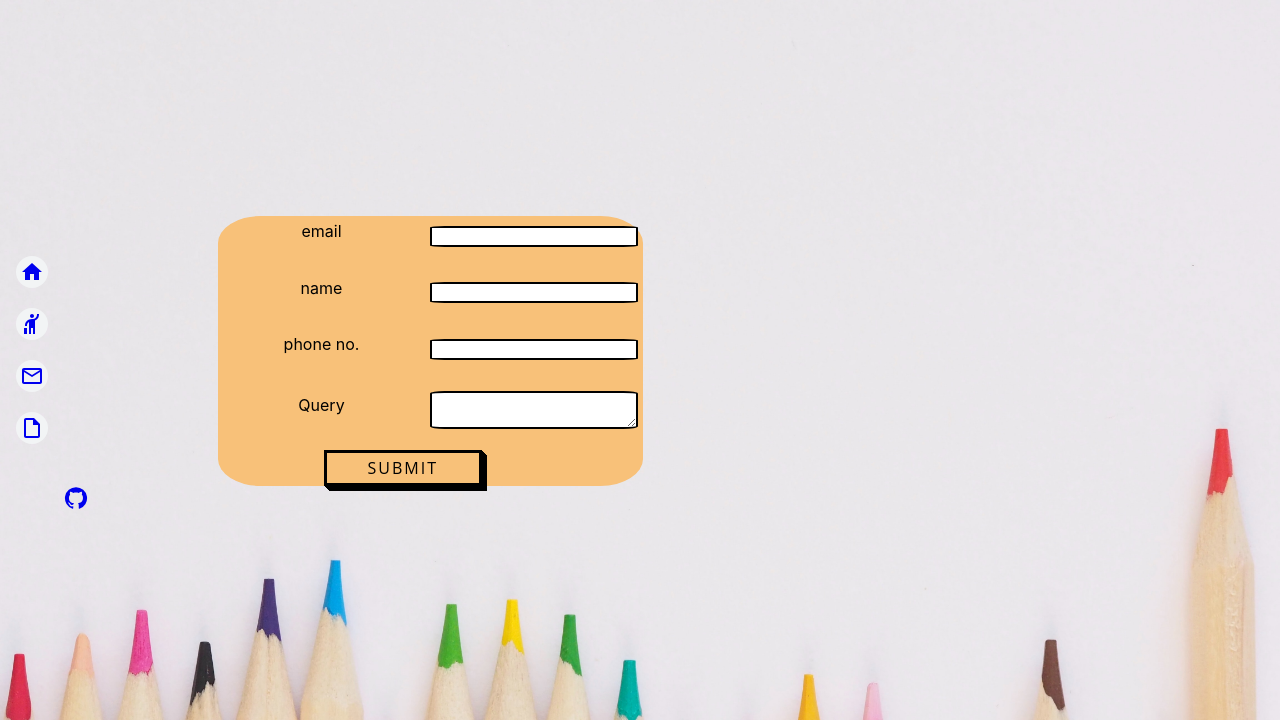
Repository: ujjawalmittal55/portfolio1
Page: /contact
The author's editor kept a copy of each file at every save. The page is drawn from the files as they stood at one save, then again after the next save.
The browser window is 1280 px wide. The pictures show the whole page.
The project was rebuilt for these pictures with package versions that can differ from the ones it lists, and the page was loaded fresh each time. Also part of the build but not shown: src/display.css, src/Display.tsx, src/about.css, src/About.jsx, src/Document.jsx.

Above is the page before, as saved 2022-05-07 11:00:01.

After the next save:
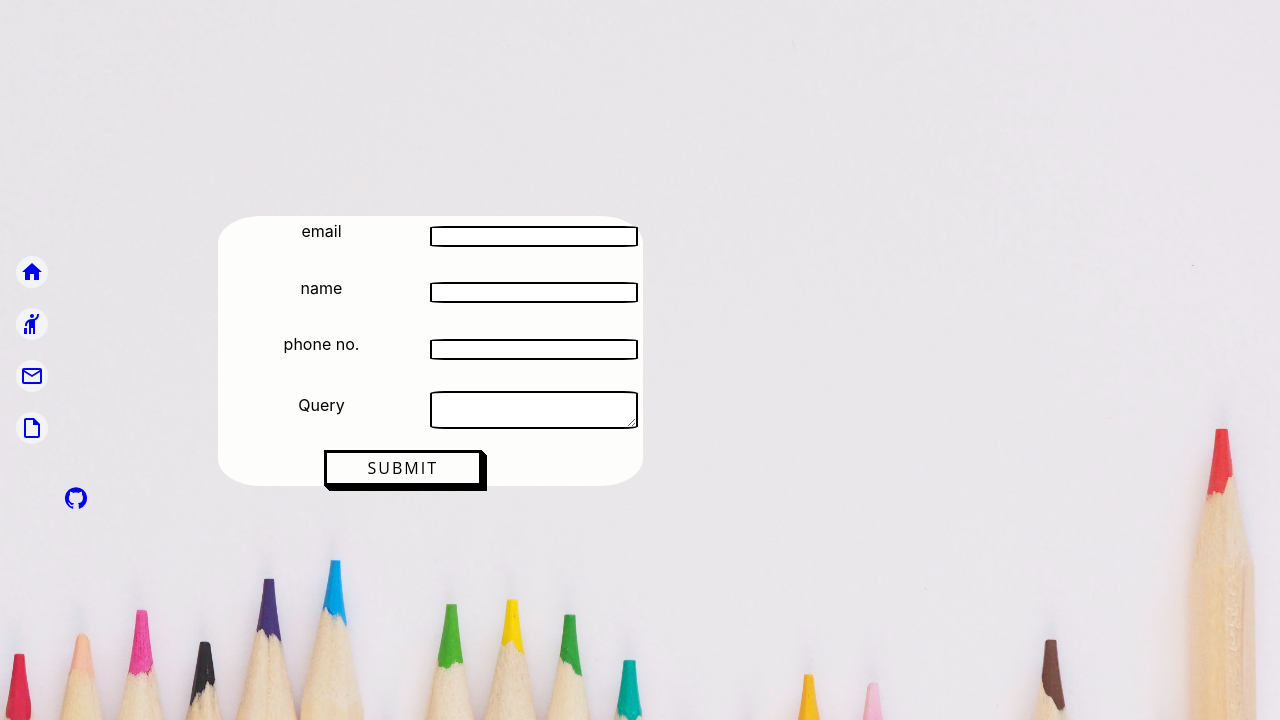
Saved 8 s later.
--- a/src/contact.css
+++ b/src/contact.css
@@ -1,5 +1,5 @@
 .form {
-  background-color: rgb(248, 193, 121);
+  background-color: rgb(253, 253, 252);
   display: grid;
   text-align: center;
   margin-top: 30vh;
